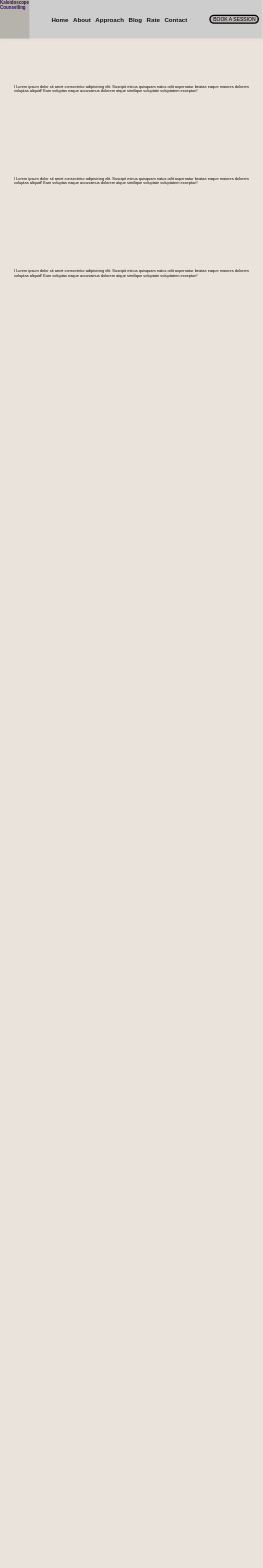
Repository: voutadi/ava-website
Page: index.html
An editor plug-in stored every save of this project. The page is shown before and after the next save, followed by the edit.
The browser window is 375 px wide. The pictures show the part of the page from y = 0 to 2240 px (the page is 3120 px tall), at 70% of full size.
The pointer rests on the first visible `button`.

Above is the page before, as saved 2024-07-03 17:43:36.

### index.html
<!DOCTYPE html>
<html lang="en">
  <head>
    <meta charset="UTF-8" />
    <meta name="viewport" content="width=device-width, initial-scale=1.0" />
    <link rel="stylesheet" href="styles/style.css" />

    <title>Kaleidoscope Counselling</title>
  </head>
  <body>
    <header>
      <div class="logo-container">
        <div class="logo">
          Kaleidoscope <br />
          Counselling
        </div>

      </div>
      <nav class="navbar">
        <ul>
          <li><a href="#home">Home</a></li>
          <li><a href="#about">About</a></li>
          <li><a href="#approach">Approach</a></li>
          <li><a href="#blog">Blog</a></li>
          <li><a href="#rate">Rate</a></li>
          <li><a href="#contact">Contact</a></li>
        </ul>
      </nav>
      <button>BOOK A SESSION</button>
    </header>

    <p>
      I Lorem ipsum dolor sit amet consectetur adipisicing elit. Suscipit minus
      quisquam natus odit aspernatur beatae eaque maiores dolorem voluptas
      aliquid! Eum voluptas eaque accusamus dolorem atque similique voluptate
      voluptatem excepturi!
    </p>
    <p>
      I Lorem ipsum dolor sit amet consectetur adipisicing elit. Suscipit minus
      quisquam natus odit aspernatur beatae eaque maiores dolorem voluptas
      aliquid! Eum voluptas eaque accusamus dolorem atque similique voluptate
      voluptatem excepturi!
    </p>
    <p>
      I Lorem ipsum dolor sit amet consectetur adipisicing elit. Suscipit minus
      quisquam natus odit aspernatur beatae eaque maiores dolorem voluptas
      aliquid! Eum voluptas eaque accusamus dolorem atque similique voluptate
      voluptatem excepturi!
    </p>
  </body>
</html>

### styles/style.css
* {
  margin: 0;
  padding: 0;
  box-sizing: border-box;
}
body {
  background-color: rgb(234, 227, 220);
  height: 3000px;
  font-family: Arial, Helvetica, sans-serif;
  font-size: 1rem;
}
header {
  max-width: 100%; /*Make sure Take all of her parent element(body)on all different devices .*/
  height: 55px;
  position: fixed;
  top: 0;
  left: 0;
  right: 0;
  background-color: rgb(206, 205, 205);
  display: flex;
  justify-content: space-between;
  align-items: center;

  box-shadow: 0 2px 4px rgba(243, 172, 172, 0.15); /* Adds a subtle shadow for depth, optional */
}
.logo-container {
  max-width: 55px; /* Put condition for smaller or biger divice*/
  background-color: rgb(181, 179, 172);
  height: 100%;
}
.logo {
  color: rgb(50, 21, 77);
  font-size: 0.4rem;
  font-weight: bold;
}

.navbar ul {
  display: flex;
  flex: 1;
  justify-content: center;
  list-style-type: none;
  flex-wrap: wrap;
}
.navbar li {
  margin: 1rem;
}
.navbar a {
  font-size: 1rem;
  color: rgb(23, 22, 22);
  font-weight: 700;

  text-decoration: none;
}
.navbar a:hover {
  background-color: rgb(184, 175, 175);
  padding: 5px 10px;
  border-radius: 16px;
  transition: 0.15s;
}

.navbar a:active {
  background-color: rgb(196, 194, 194);
  padding: 10px 10px;
  border-radius: 16px;
  transition: 0.15s;
}

button {
  background-color: rgb(235, 235, 235);

  font-size: 1rem;
  padding: 8px 12px;
  margin-right: 1.5rem;
  border-width: 2px;
  border-style: solid;
  border-radius: 20px;
  cursor: pointer;
}
button:hover {
  background-color: rgb(187, 181, 181);
  transition: 0.15s;
  padding: 12px 18px;
}
button:active {
  padding: 18px 24px;
}
p {
  margin-top: 120px;
  margin-left: 20px;
}
@media (max-width: 380px) {
  body {
    font-size: 0.35rem;
  } /* Smaller font size */
  button {
    font-size: 0.45rem;
    padding: 2px;
    margin-right: 0.3rem;

  }
  button:hover {

    padding:0 3px;
  }
  button:active {
    padding: 3px;
  }
  .navbar li {
    margin: 0.2rem;
  }
  .navbar a {
    font-size: 0.55rem;
  }
}

@media (min-width: 381px) and (max-width: 600px) {
  body {
    font-size: 0.5rem;
  } /* Smaller font size */
  button {
    font-size: 0.5rem;
    padding: 2px 4px;
    margin-right: 0.5rem;
    border-radius: 10px;
  }
  button:hover {
    font-size: 0.5rem;
    padding: 2px;
  }
  button:active {
    padding: 3px;
  }
  .navbar li {
    margin: 0.3rem;
  }
  .navbar a {
    font-size: 0.6rem;
  }
}
@media (min-width: 601px) and (max-width: 900px) {
  body {
    font-size: 0.75rem;
  } /* Smaller font size */
  button {
    font-size: 0.75rem;
    padding: 2px 4px;
    margin-right: 0.75rem;
    border-radius: 10px;
  }
  button:hover {
    font-size: 0.75rem;
    padding: 2px;
  }
  button:active {
    padding: 3px;
  }
  .navbar li {
    margin: 0.5rem;
  }
  .navbar a {
    font-size: 0.8rem;
  }
}

After the next save:
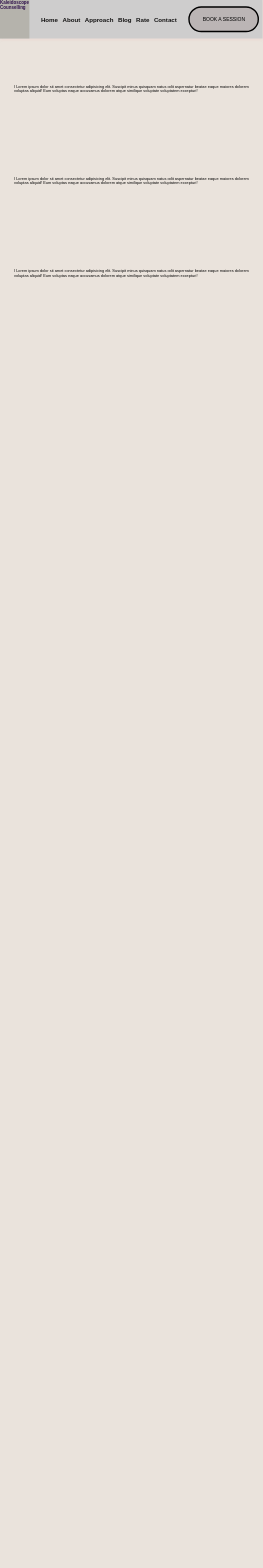
Saved 17 s later.
--- a/styles/style.css
+++ b/styles/style.css
@@ -100,7 +100,7 @@
   }
   button:hover {
 
-    padding:0 3px;
+
   }
   button:active {
     padding: 3px;
